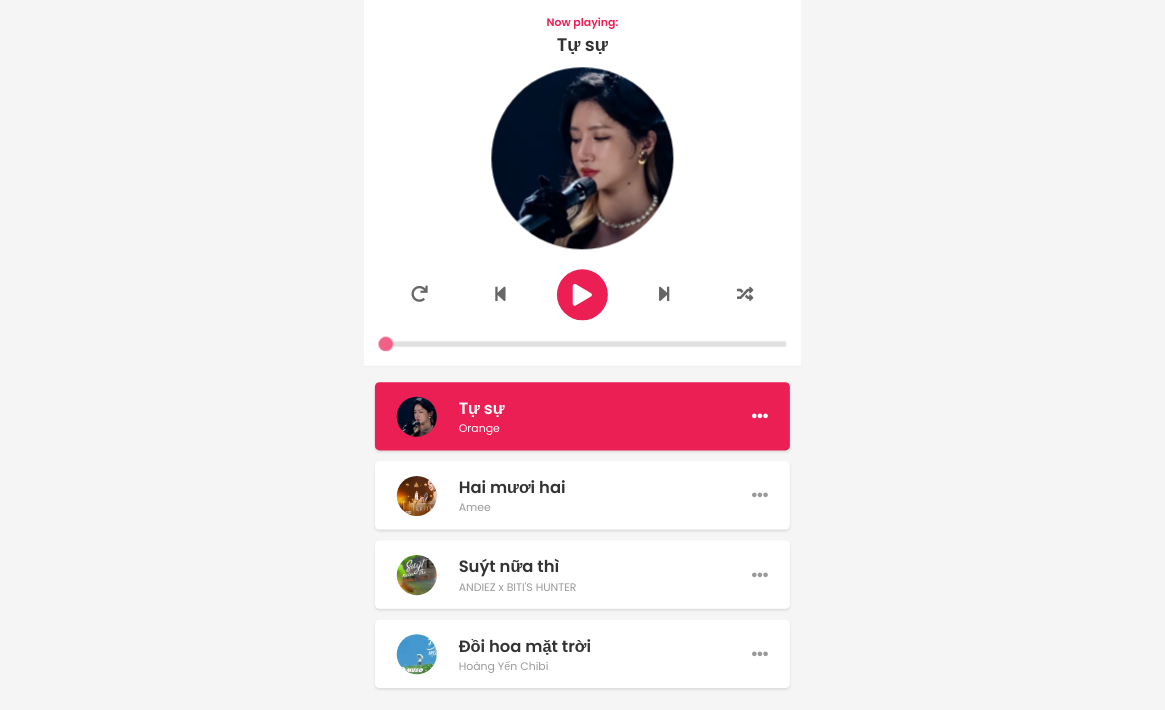
Repository: tannv3201/learn_JS_F8
Page: Example/Music player/index.html
The author's editor kept a copy of each file at every save. The page is drawn from the files as they stood at one save, then again after the next save.
The browser window is 1280 px wide. The pictures show the whole page, at 91% of full size.

Above is the page before, as saved 2022-08-17 14:40:35.

### Example/Music player/index.html
<!DOCTYPE html>
<html lang="en">

<head>
    <meta charset="UTF-8">
    <meta http-equiv="X-UA-Compatible" content="IE=edge">
    <meta name="viewport" content="width=device-width, initial-scale=1.0">
    <title>Music player</title>
    <link rel="stylesheet" href="https://cdnjs.cloudflare.com/ajax/libs/font-awesome/5.15.2/css/all.min.css"
        integrity="sha512-HK5fgLBL+xu6dm/Ii3z4xhlSUyZgTT9tuc/hSrtw6uzJOvgRr2a9jyxxT1ely+B+xFAmJKVSTbpM/CuL7qxO8w=="
        crossorigin="anonymous" />
    <link rel="preconnect" href="https://fonts.gstatic.com">
    <link href="https://fonts.googleapis.com/css2?family=Poppins:wght@300;400;600&display=swap" rel="stylesheet">
    <link rel="stylesheet" href="./style.css">
</head>

<body>

    <div class="player">
        <!-- Dashboard -->
        <div class="dashboard">
            <!-- Header -->
            <header>
                <h4>Now playing:</h4>
                <h2>Tự sự</h2>
            </header>

            <!-- CD -->
            <div class="cd">
                <div class="cd-thumb" style="background-image: url('./assets/imgs/tusu.jpg')">
                </div>
            </div>

            <!-- Control -->
            <div class="control">
                <div class="btn btn-repeat">
                    <i class="fas fa-redo"></i>
                </div>
                <div class="btn btn-prev">
                    <i class="fas fa-step-backward"></i>
                </div>
                <div class="btn btn-toggle-play">
                    <i class="fas fa-pause icon-pause"></i>
                    <i class="fas fa-play icon-play"></i>
                </div>
                <div class="btn btn-next">
                    <i class="fas fa-step-forward"></i>
                </div>
                <div class="btn btn-random">
                    <i class="fas fa-random"></i>
                </div>
            </div>

            <input id="progress" class="progress" type="range" value="0" step="1" min="0" max="100">

            <audio id="audio" src=""></audio>
        </div>

        <!-- Playlist -->
        <div class="playlist">
            <div class="song">
                <div class="thumb" style="background-image: url('./assets/imgs/tusu.jpg')">
                </div>
                <div class="body">
                    <h3 class="title">Tự sự</h3>
                    <p class="author">Orange</p>
                </div>
                <div class="option">
                    <i class="fas fa-ellipsis-h"></i>
                </div>
            </div>
            <div class="song">
                <div class="thumb" style="background-image: url('./assets/imgs/haimuoihai.jpg')">
                </div>
                <div class="body">
                    <h3 class="title">Hai mươi hai</h3>
                    <p class="author">Amee</p>
                </div>
                <div class="option">
                    <i class="fas fa-ellipsis-h"></i>
                </div>
            </div>
            <div id="song" class="song">
                <div class="thumb"
                    style="background-image: url('https://i.ytimg.com/vi/jTLhQf5KJSc/maxresdefault.jpg')">
                </div>
                <div class="body">
                    <h3 class="title">Music name</h3>
                    <p class="author">Singer</p>
                </div>
                <div class="option">
                    <i class="fas fa-ellipsis-h"></i>
                </div>
            </div>
        </div>
    </div>

    <!-- Design from: https://static.collectui.com/shots/3671744/musicloud-revolutionary-app-for-music-streaming-large -->
    <script src="./main.js"></script>
</body>

</html>

### Example/Music player/style.css
:root {
    --primary-color: #ec1f55;
    --text-color: #333;
}

* {
    padding: 0;
    margin: 0;
    box-sizing: inherit;
}

body {
    background-color: #f5f5f5;
}

html {
    box-sizing: border-box;
    font-family: "Poppins", sans-serif;
}

.player {
    position: relative;
    max-width: 480px;
    margin: 0 auto;
}

.player .icon-pause {
    display: none;
}

.player.playing .icon-pause {
    display: inline-block;
}

.player.playing .icon-play {
    display: none;
}

.dashboard {
    padding: 16px 16px 14px;
    background-color: #fff;
    position: fixed;
    top: 0;
    width: 100%;
    max-width: 480px;
    border-bottom: 1px solid #ebebeb;
}

/* HEADER */
header {
    text-align: center;
    margin-bottom: 10px;
}

header h4 {
    color: var(--primary-color);
    font-size: 12px;
}

header h2 {
    color: var(--text-color);
    font-size: 20px;
}

/* CD */
.cd {
    display: flex;
    margin: auto;
    width: 200px;
}

.cd-thumb {
    width: 100%;
    padding-top: 100%;
    border-radius: 50%;
    background-color: #333;
    background-size: cover;
    margin: auto;
}

/* CONTROL */
.control {
    display: flex;
    align-items: center;
    justify-content: space-around;
    padding: 18px 0 8px 0;
}

.control .btn {
    color: #666;
    padding: 18px;
    font-size: 18px;
}

.control .btn.active {
    color: var(--primary-color);
}

.control .btn-toggle-play {
    width: 56px;
    height: 56px;
    border-radius: 50%;
    font-size: 24px;
    color: #fff;
    display: flex;
    align-items: center;
    justify-content: center;
    background-color: var(--primary-color);
}

.progress {
    width: 100%;
    -webkit-appearance: none;
    height: 6px;
    background: #d3d3d3;
    outline: none;
    opacity: 0.7;
    -webkit-transition: 0.2s;
    transition: opacity 0.2s;
}

.progress::-webkit-slider-thumb {
    -webkit-appearance: none;
    appearance: none;
    width: 16px;
    height: 16px;
    border-radius: 50%;
    background-color: var(--primary-color);
    cursor: pointer;
}

/* PLAYLIST */
.playlist {
    margin-top: 408px;
    padding: 12px;
}

.song {
    display: flex;
    align-items: center;
    margin-bottom: 12px;
    background-color: #fff;
    padding: 8px 16px;
    border-radius: 5px;
    box-shadow: 0 2px 3px rgba(0, 0, 0, 0.1);
}

.song.active {
    background-color: var(--primary-color);
}

.song:active {
    opacity: 0.8;
}

.song.active .option,
.song.active .author,
.song.active .title {
    color: #fff;
}

.song .thumb {
    width: 44px;
    height: 44px;
    border-radius: 50%;
    background-size: cover;
    margin: 0 8px;
}

.song .body {
    flex: 1;
    padding: 0 16px;
}

.song .title {
    font-size: 18px;
    color: var(--text-color);
}

.song .author {
    font-size: 12px;
    color: #999;
}

.song .option {
    padding: 16px 8px;
    color: #999;
    font-size: 18px;
}

### Example/Music player/main.js
/**
    1. Render song
    2. Scroll top
    3. Play / pause/ seek
    4. CD rotate
    5. Next / prev
    6. Random
    7. Next / repeat when ended
    8. Active Song
    9. Scroll active song into view
    10. Play song when click
 */
const $ = document.querySelector.bind(document);
const $$ = document.querySelectorAll.bind(document);

// Lấy ra các element
const heading = $('header h2');
const cdThumb = $('.cd-thumb');
const audio = $('#audio');
const cd = $('.cd');
const playBtn = $('.btn-toggle-play');
const player = $('.player');
const progress = $('#progress');
const nextBtn = $('.btn-next');
const prevBtn = $('.btn-prev');
const randomBtn = $('.btn-random');
const repeatBtn = $('.btn-repeat');

const app = {
    currentIndex: 0,
    isPlaying: false,
    isRandom: false,
    isRepeat: false,
    songs: [
        {
            name: 'Tự sự',
            singer: 'Orange',
            path: './assets/music/tusu.mp3',
            image: './assets/imgs/tusu.jpg'
        },
        {
            name: 'Hai mươi hai',
            singer: 'Amee',
            path: './assets/music/haimuoihai.mp3',
            image: './assets/imgs/haimuoihai.jpg'
        },
        {
            name: 'Suýt nữa thì',
            singer: 'ANDIEZ x BITI\'S HUNTER',
            path: './assets/music/suytnuathi.mp3',
            image: './assets/imgs/suytnuathi.jpg'
        },
        {
            name: 'Đồi hoa mặt trời',
            singer: 'Hoàng Yến Chibi',
            path: './assets/music/doihoamattroi.mp3',
            image: './assets/imgs/doihoamattroi.jpg'
        },
    ],
    render: function () {
        const htmls = this.songs.map((song, index) => {
            return `
            <div class="song ${index === this.currentIndex ? 'active' : ''}">
                <div class="thumb" style="background-image: url('${song.image}')">
                </div>
                <div class="body">
                    <h3 class="title">${song.name}</h3>
                    <p class="author">${song.singer}</p>
                </div>
                <div class="option">
                    <i class="fas fa-ellipsis-h"></i>
                </div>
            </div>
            `
        })
        $('.playlist').innerHTML = htmls.join('');
    },

    // Định nghĩa thuộc tính
    defineProperties: function () {
        Object.defineProperty(this, 'currentSong', {
            get: function () {
                return this.songs[this.currentIndex];
            }
        })
    },

    // Xử lý sự kiện
    handleEvents: function () {
        const _this = this; // Định nghĩa từ khóa this ở ngoài
        // Lấy ra Element "cd"
        const cdWidth = cd.offsetWidth; // Lấy width của cd.

        // Xử lý CD quay và dừng
        const cdThumbAnimate = cdThumb.animate([
            {
                transform: 'rotate(360deg)'
            }
        ], {
            duration: 10000, // 10 giây
            iterations: Infinity // Chạy vô hạn
        })
        cdThumbAnimate.pause()

        // Xử lý phóng to / thu nhỏ cd
        document.onscroll = function () {
            const scrollTop = document.documentElement.scrollTop || window.scrollY;
            const newCdWidth = cdWidth - scrollTop;
            cd.style.width = newCdWidth > 0 ? newCdWidth + 'px' : 0; // check nếu kéo nhanh quá giá trị về < 0 thì lấy = 0
            cd.style.opacity = newCdWidth / cdWidth; // mờ dần khi scroll
        }

        // Xử lý khi click play
        playBtn.onclick = function () {
            if (_this.isPlaying) {
                audio.pause();
            }
            else {
                audio.play();
            }
        };
        // Khi bài hát được play
        audio.onplay = function () {
            _this.isPlaying = true;
            player.classList.add('playing') // chuyển btn play thành btn pause
            cdThumbAnimate.play()
        };
        // Khi bài hát bị dừng
        audio.onpause = function () {
            _this.isPlaying = false;
            player.classList.remove('playing') // chuyển btn pause thành btn play
            cdThumbAnimate.pause()
        }

        // Khi tiến độ bài hát thay đổi
        audio.ontimeupdate = function () {
            if (audio.duration) {
                const progressPercent = Math.floor(audio.currentTime / audio.duration * 100);
                progress.value = progressPercent;
            }
        }

        // xử lý khi tua bài hát
        progress.onchange = function (e) {
            const seekTime = audio.duration * e.target.value / 100;
            audio.currentTime = seekTime;
        }

        // Next bài
        nextBtn.onclick = function () {
            if (_this.isRandom) {
                _this.playRandomSong()
            }
            else {
                _this.nextSong();
            }
            audio.play();
            _this.render();
            _this.scrollToActiveSong();
        }

        // Prev  bài
        prevBtn.onclick = function () {
            if (_this.isRandom) {
                _this.playRandomSong()
            }
            else {
                _this.prevSong();
            }
            audio.play();
            _this.render();
            _this.scrollToActiveSong();
        }

        // Random
        randomBtn.onclick = function () {
            _this.isRandom = !_this.isRandom
            randomBtn.classList.toggle('active', _this.isRandom);
        }

        // xử lý next khi hết bài
        audio.onended = function () {
            if (!_this.isRepeat) {
                nextBtn.click();
            }
            else {
                audio.play()
            }
        }

        // Xử lý repeat bài hát hiện tại
        repeatBtn.onclick = function () {
            _this.isRepeat = !_this.isRepeat;
            repeatBtn.classList.toggle('active', _this.isRepeat);
        }

    },

    loadCurrentSong: function () {
        // Gán giá trị bài hát hiện tại
        heading.textContent = this.currentSong.name;
        cdThumb.style.backgroundImage = `url('./${this.currentSong.image}')`;
        audio.src = this.currentSong.path;
    },
    scrollToActiveSong: function () {
        setTimeout(() => {
            $('.song.active').scrollInToView();
        }, 500);
    },

    // Next
    nextSong: function () {
        this.currentIndex++;
        if (this.currentIndex >= this.songs.length) {
            this.currentIndex = 0;
        }
        this.loadCurrentSong();
    },
    // Previous
    prevSong: function () {
        this.currentIndex--;
        if (this.currentIndex < 0) {
            this.currentIndex = this.songs.length - 1;
        }
        this.loadCurrentSong();
    },

    // Random
    playRandomSong: function () {
        let newIndex
        do {
            newIndex = Math.floor(Math.random() * this.songs.length);
        } while (newIndex === this.currentIndex)
        this.currentIndex = newIndex;
        this.loadCurrentSong();
    },

    // Phương thức start() để bắt đầu
    start: function () {
        // Định nghĩa ra các thuộc tính cho object
        this.defineProperties();

        // Lắng nghe, xử lý các sự kiện (DOM event)
        this.handleEvents();

        // Tải thông tin bài hát đầu tiền vào UI khi chạy ứng dụng
        this.loadCurrentSong();



        // Render playlist
        this.render();
    }
}

app.start();

After the next save:
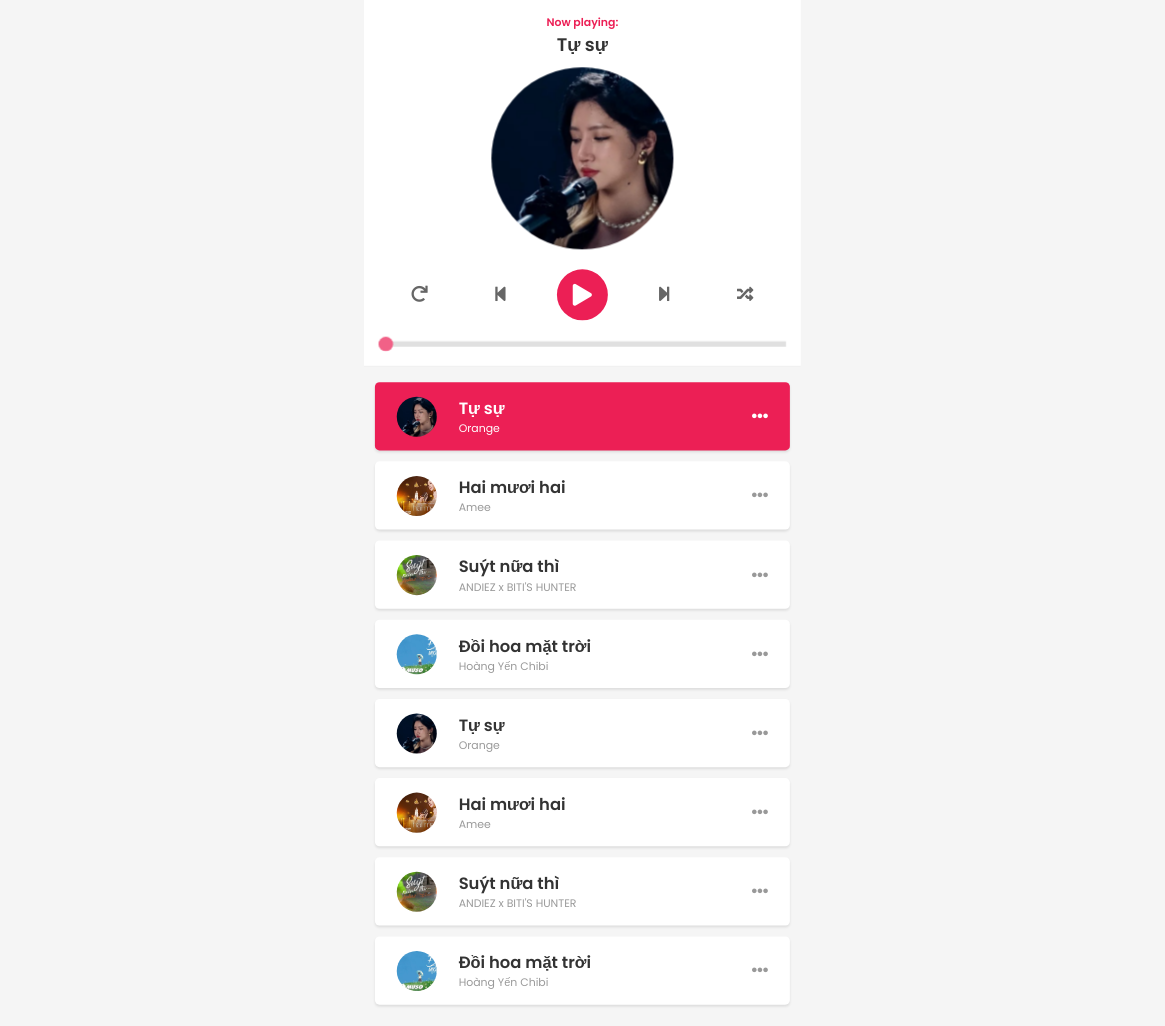
Saved 23 s later.
--- a/Example/Music player/main.js
+++ b/Example/Music player/main.js
@@ -32,6 +32,30 @@ const app = {
     isRandom: false,
     isRepeat: false,
     songs: [
+        {
+            name: 'Tự sự',
+            singer: 'Orange',
+            path: './assets/music/tusu.mp3',
+            image: './assets/imgs/tusu.jpg'
+        },
+        {
+            name: 'Hai mươi hai',
+            singer: 'Amee',
+            path: './assets/music/haimuoihai.mp3',
+            image: './assets/imgs/haimuoihai.jpg'
+        },
+        {
+            name: 'Suýt nữa thì',
+            singer: 'ANDIEZ x BITI\'S HUNTER',
+            path: './assets/music/suytnuathi.mp3',
+            image: './assets/imgs/suytnuathi.jpg'
+        },
+        {
+            name: 'Đồi hoa mặt trời',
+            singer: 'Hoàng Yến Chibi',
+            path: './assets/music/doihoamattroi.mp3',
+            image: './assets/imgs/doihoamattroi.jpg'
+        },
         {
             name: 'Tự sự',
             singer: 'Orange',
